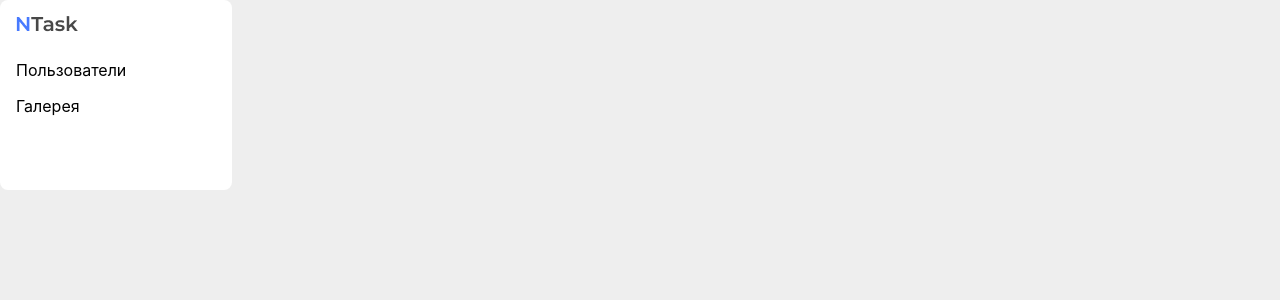
Repository: Grid-Master/NTask
Page: /
An editor plug-in stored every save of this project. The page is shown before and after the next save, followed by the edit.
The browser window is 1280 px wide. The pictures show the whole page.
The project was rebuilt for these pictures with package versions that can differ from the ones it lists, and the page was loaded fresh each time.

Above is the page before, as saved 2023-06-02 15:24:48.

### src/index.css
body {
  margin: 0;
  font-family: -apple-system, BlinkMacSystemFont, 'Segoe UI', 'Roboto', 'Oxygen',
    'Ubuntu', 'Cantarell', 'Fira Sans', 'Droid Sans', 'Helvetica Neue',
    sans-serif;
  -webkit-font-smoothing: antialiased;
  -moz-osx-font-smoothing: grayscale;
  background: #EEEEEE;
}

code {
  font-family: source-code-pro, Menlo, Monaco, Consolas, 'Courier New',
    monospace;
}

### src/App.tsx
import './App.css';
import Navbar from './components/navabar/Navbar';

function App() {
  return (
    <div className="App">
      <Navbar />
    </div>
  );
}

export default App;

### src/components/navabar/Navbar.tsx
import { FC } from 'react';
import './navbar.sass';
const logo = require('../../images/logo.png');

const Navbar: FC = () => {
  return (
    <div className="navbar">
      <div className="navbar__imagecontainer">
        <img src={logo} alt="logo" />
      </div>
      <div className="navbar__item">Пользователи</div>
      <div className="navbar__item">Галерея</div>
    </div>
  );
};

export default Navbar;

### src/components/navabar/navbar.sass
.navbar
    width: 200px
    height: 158px
    background: #FFFFFF
    border-radius: 8px
    padding: 16px
    &__imagecontainer
        margin-bottom: 16px
    &__item
        padding: 8px 0

Loaded but not shown: public/index.html (common file); src/index.tsx (common file); src/App.css (common file)

After the next save:
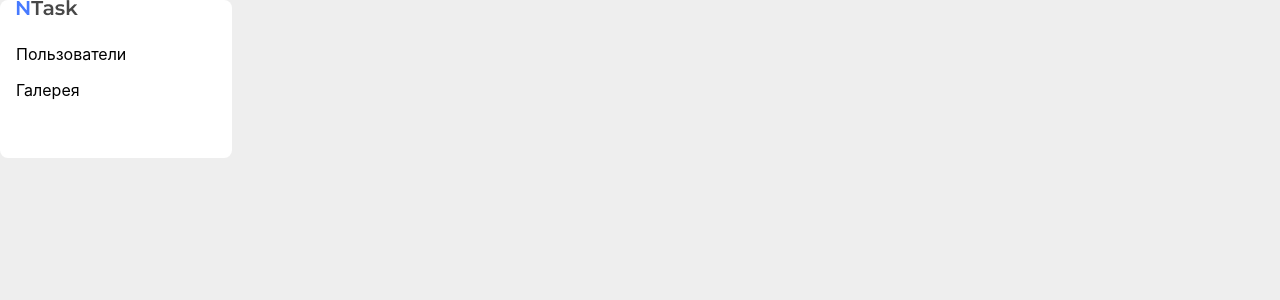
Saved 24 s later.
--- a/src/components/navabar/navbar.sass
+++ b/src/components/navabar/navbar.sass
@@ -3,7 +3,7 @@
     height: 158px
     background: #FFFFFF
     border-radius: 8px
-    padding: 16px
+    padding: 0 16px
     &__imagecontainer
         margin-bottom: 16px
     &__item
